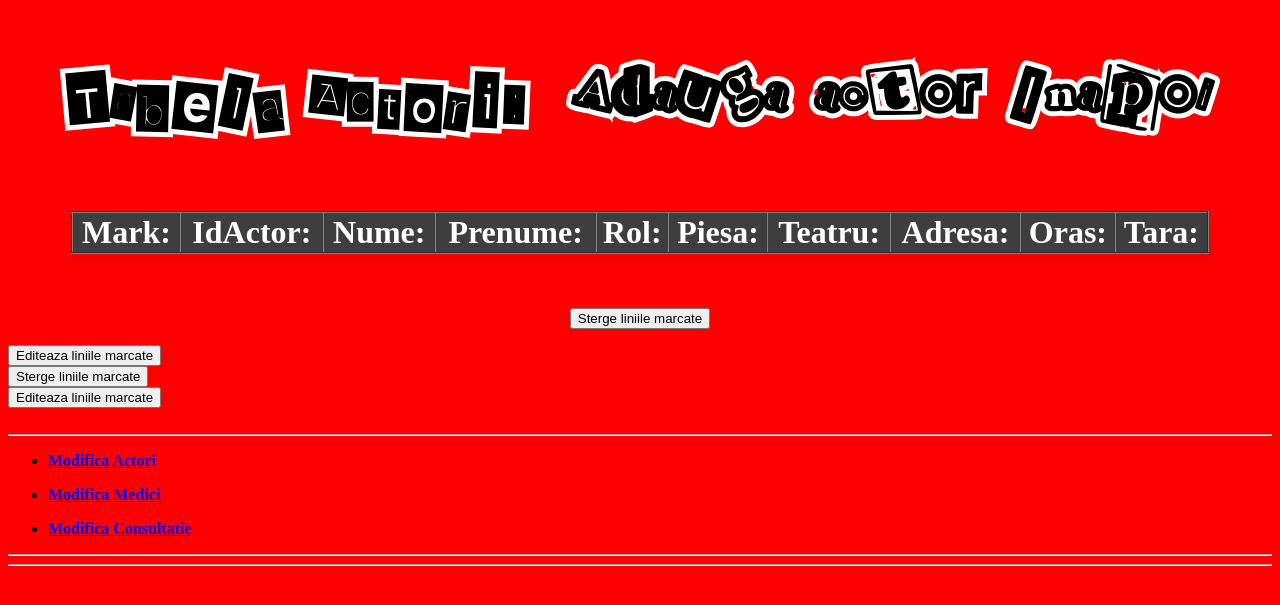
Repository: SusStefan/ActorDB
Page: http://localhost/Actori/tabela_actori.jsp
An editor plug-in stored every save of this project. The page is shown before and after the next save, followed by the edit.
The browser window is 1280 px wide. The pictures show the whole page.
The page is served by Tomcat 9. Queries for data that is not in the repository find no rows.

Above is the page before, as saved 2025-12-15 19:39:02.
Console error: TypeError: Cannot set properties of null (setting 'innerHTML')

After the next save:
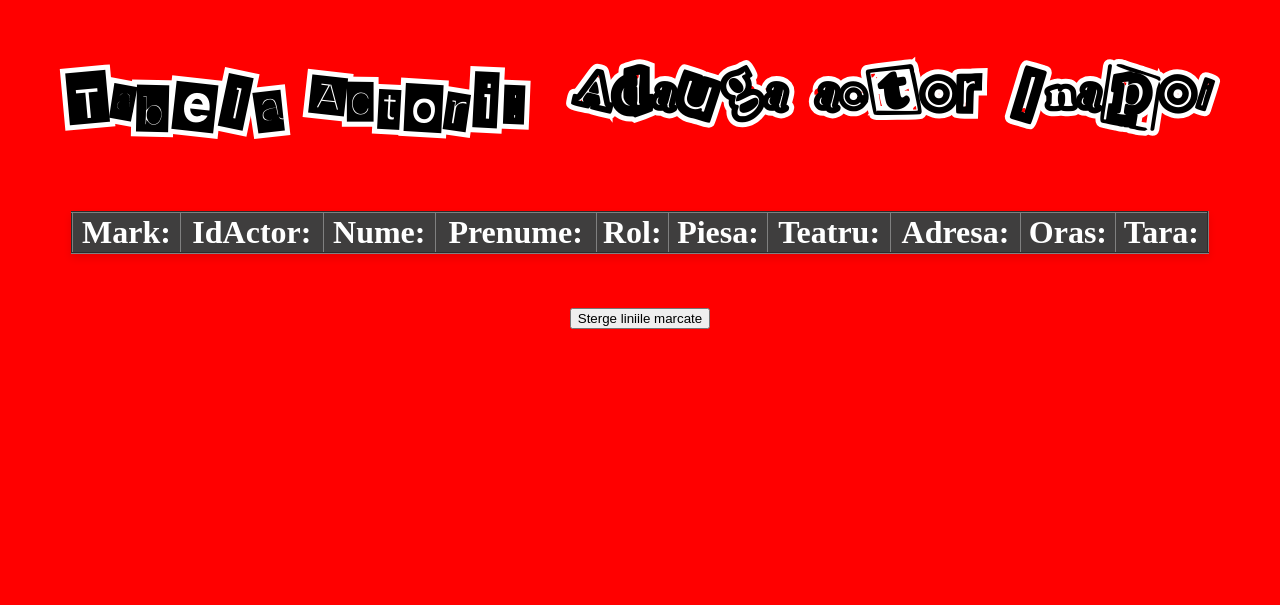
Saved 45 s later.
--- a/Actori/src/main/webapp/tabela_actori.jsp
+++ b/Actori/src/main/webapp/tabela_actori.jsp
@@ -61,17 +61,6 @@
  <input type="submit" value="Sterge liniile marcate">
  </p>
  </form>
- <input type="submit" value="Editeaza liniile marcate">
- </form>
-
-
- <form method="post" action="page.php">
-  <input type="submit" name="delete" value="Sterge liniile marcate"/>
-</form>
-
-<form method="post" action="page.php">
-  <input type="submit" name="edit" value="Editeaza liniile marcate"/>
-</form>
 
 
 
@@ -80,19 +69,6 @@
  rs.close();
  jb.disconnect();
  %>
- <br/>
- <hr>
- <ul>
- <li><a href="modifica_actor.jsp"><b><strong>Modifica Actori</strong></b></a></li>
- </ul>
- <ul>
- <li><a href="modifica_Medic.jsp"><b><strong>Modifica Medici</strong></b></a></li>
- </ul>
- <ul>
- <li><a href="modifica_Consultatie.jsp"><b><strong>Modifica Consultatie</strong></b></a></li>
- </ul>
- <hr>
- <hr>
  </body>
  <script>
  const weekday = ["Sunday","Monday","Tuesday","Wednesday","Thursday","Friday","Saturday"];
